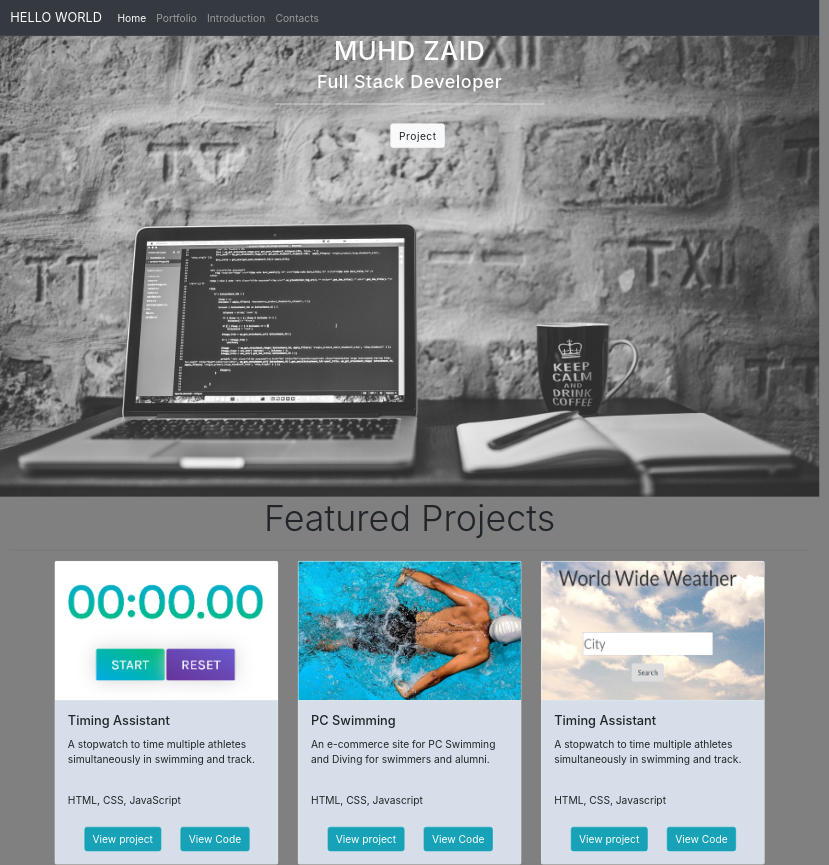
Repository: Code-Institute-Submissions/Zaidcoll-Project1
Page: index.html
The author's editor kept a record of every edit. The page is drawn from the files as they stood at one moment, then again after the next edit.
The browser window is 1280 px wide. The page is 1295 px wide, so the pictures cover 1295 px, including what lies to the right of the window. The pictures show the whole page, at 64% of full size.

Above is the page before.

### index.html
<!doctype html>
<html lang="en">
  <head>
    <meta charset="utf-8">
    <meta name="viewport" content="width=device-width, initial-scale=1, shrink-to-fit=no">
    <link rel="stylesheet" href="https://stackpath.bootstrapcdn.com/bootstrap/4.3.1/css/bootstrap.min.css" integrity="sha384-ggOyR0iXCbMQv3Xipma34MD+dH/1fQ784/j6cY/iJTQUOhcWr7x9JvoRxT2MZw1T" crossorigin="anonymous">
    <link rel="stylesheet" href='style.css'>
    <title>Resume</title>
  </head>
  <body>
    <nav class="navbar navbar-expand-lg navbar-dark bg-dark">
		<a class="navbar-brand" href="#">HELLO WORLD</a>
      <button class="navbar-toggler" type="button" data-toggle="collapse" data-target="#navbarSupportedContent" aria-controls="navbarSupportedContent" aria-expanded="false" aria-label="Toggle navigation">
        <span class="navbar-toggler-icon"></span>
      </button>

    <div class="collapse navbar-collapse" id="navbarSupportedContent">
      <ul class="navbar-nav mr-auto">
        <li class="nav-item active">
          <a class="nav-link" href="#">Home <span class="sr-only">(current)</span></a>
          <li> <a class="nav-link" href="#">Portfolio</a></li>
          <li>  <a class="nav-link" href="#">Introduction</a></li>
          <li>  <a class="nav-link" href="#">Contacts</a></li>
        </li>
      </ul>
    </div>
  </nav>

  <div class ='container-fullwidth'>
  <a name = 'home'>
    <div class = 'hero'>
      <div class = hero-text >
        <div class = 'row'>
          <div class = 'col-12'>
            <h1>MUHD ZAID </h1>
            <h3>Full Stack Developer</h3>
            <hr id = 'hr-1'>
            <a href="#portfolio" class="btn btn-light">Project</a>
          </div>
        </div>
    </div>
  </div>

  <div class = 'container-fluid'>
    <div class = 'row text-center'>
      <div class = 'col-12'>
        <a name = 'portfolio'>
        <h1 class = 'display-4 title-style'>Featured Projects </h1>
        <hr>
      </div>
    </div>
  </div>

  <div class = 'container'>
    <div class = 'row align-text'>
      <div class = 'col-md-4'>
        <div class = 'card'>
          <a href='#' target='_blank'>
            <img class="card-img-top" src="images/image-1.PNG" alt="Timewatch">
          </a>
          <div class="card-body">
            <h5 class="card-title">Timing Assistant</h5>
            <p class="card-text">A stopwatch to time multiple athletes simultaneously in swimming and track.</p> </br> <p class = 'card-style'>HTML, CSS, JavaScript</p>
            <a href="#" class="btn btn-info" target='_blank'>View project</a>
            <a href="#" class="btn btn-info" target='_blank'>View Code</a>
          </div>
        </div>
      </div>

      <div class = 'col-md-4'>
        <div class = 'card card-2'>
          <a href ='#'target='_blank'>
          <img class="card-img-top" src="images/image-2.jpg" alt="Swimmer">
          </a>
          <div class="card-body">
            <h5 class="card-title">PC Swimming</h5>
            <p class="card-text">An e-commerce site for PC Swimming and Diving for swimmers and alumni.</p> </br> <p class = 'card-style'>HTML, CSS, Javascript</p>
            <a href="#" class="btn btn-info"target='_blank'>View project</a>
            <a href="#" class="btn btn-info"target='_blank'>View Code</a>
          </div>
        </div>
      </div>

      <div class = 'col-md-4'>
        <div class = 'card card-3'>
        <a href =#target='_blank'>
          <img class="card-img-top" src="images/image-3.PNG" alt="Weather">
        </a>
          <div class="card-body">
            <h5 class="card-title">Timing Assistant</h5>
            <p class="card-text">A stopwatch to time multiple athletes simultaneously in swimming and track.</p> </br> <p class = 'card-style'>HTML, CSS, Javascript</p>
            <a href="#" class="btn btn-info" target='_blank'>View project</a>
            <a href="#" class="btn btn-info" target='_blank'>View Code</a>
          </div>
        </div>
      </div>
    </div>
  </div>


    <script src="https://code.jquery.com/jquery-3.3.1.slim.min.js" integrity="sha384-q8i/X+965DzO0rT7abK41JStQIAqVgRVzpbzo5smXKp4YfRvH+8abtTE1Pi6jizo" crossorigin="anonymous"></script>
    <script src="https://cdnjs.cloudflare.com/ajax/libs/popper.js/1.14.7/umd/popper.min.js" integrity="sha384-UO2eT0CpHqdSJQ6hJty5KVphtPhzWj9WO1clHTMGa3JDZwrnQq4sF86dIHNDz0W1" crossorigin="anonymous"></script>
    <script src="https://stackpath.bootstrapcdn.com/bootstrap/4.3.1/js/bootstrap.min.js" integrity="sha384-JjSmVgyd0p3pXB1rRibZUAYoIIy6OrQ6VrjIEaFf/nJGzIxFDsf4x0xIM+B07jRM" crossorigin="anonymous"></script>
  </body>
</html>

### style.css
body{
    background-color:grey;
}

.hero{
  color:rgb(255, 255, 255);
  background-image:url(images/hero-image.jpg);
  height:100vh;
  background-size:cover;
  padding-bottom:10vh;
}

.hero-text{
  letter-spacing:0.8px;
  font-size:150%;
  text-align: center;
}
#hr-1{
  background:white;
  width:420px;
}

.hero-2{
  margin-top:10px;
  color:white;
  background-image:url(images/about.jpg);
  height:100vh;
  background-size:cover;
  padding-top:5vh;
}

#about-me{
width: 19rem;
margin-left:8px;
color:black;
background:rgba(173, 5, 5, 0.1);
}
#skills{
width:19rem;
height:12rem;
margin-top:10px;
margin-left:8px;
color:black;
background:rgba(173, 5, 5, 0.1);
}

.btn{
  margin-top: 2vh;
  margin-left: 2vw;
}

.card-body{
  background-color:rgba(204, 216, 228, 0.801);
}

After the next edit:
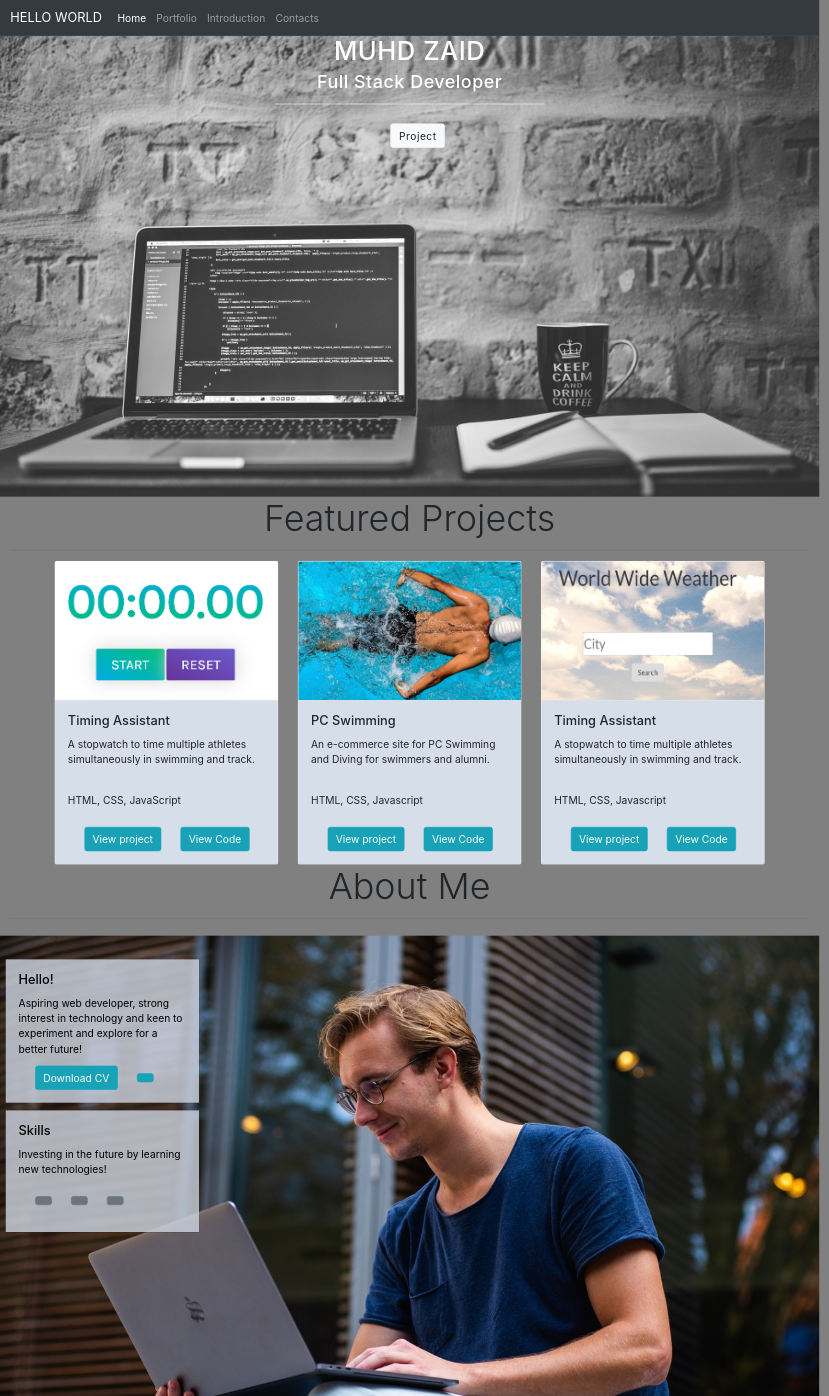
The edit:
--- a/index.html
+++ b/index.html
@@ -97,6 +97,45 @@
     </div>
   </div>
 
+   <div class = 'container-fluid'>
+    <div class = 'row text-center'>
+      <div class = 'col-12'>
+        <a name='about'>
+        <h1 class = 'display-4 title-style about'>About Me</h1>
+        <hr>
+      </div>
+    </div>
+  </div>
+
+   <div class = 'container-fullwidth'>
+    <div class = 'hero-2'>
+      <div class="card"id ='about-me'>
+          <div class="card-body">
+            <h5 class="card-title">Hello!</h5>
+            <p class="card-text">Aspiring web developer, strong interest in technology and keen to experiment and explore for a better future!</p>
+              <a href="https://www.pdfhost.net/index.php?Action=DownloadFile&id=930bccb3a2eb86f6e923270a78e95043" class="btn btn-info">Download CV</a>
+              <a class="btn btn-info" href="https://github.com/Zaidcoll/test-1" target='_blank'data-placement="bottom" title="Github"><i class="fab fa-github fa-2x "></i></a>
+          </div>
+      </div>
+      <div class = 'card' id = 'skills'>
+        <div class = 'card-body'>
+          <h5 class="card-title">Skills</h5>
+            <p class="card-text">Investing in the future by learning new technologies!</p>
+            <button type="button" class="btn btn-secondary" data-toggle="tooltip" data-placement="bottom" title="JavaScript"><i class="fab fa-js-square fa-2x "></i>
+            </button>
+
+            <button type="button" class="btn btn-secondary" data-toggle="tooltip" data-placement="bottom" title="CSS"><i class="fab fa-css3-alt fa-2x "></i>
+            </button>
+
+            <button type="button" class="btn btn-secondary" data-toggle="tooltip" data-placement="bottom" title="HTML"><i class="fab fa-html5 fa-2x "></i>
+            </button>
+
+          </div>
+        </div>
+      </div>
+    </div>
+  </div>
+
 
     <script src="https://code.jquery.com/jquery-3.3.1.slim.min.js" integrity="sha384-q8i/X+965DzO0rT7abK41JStQIAqVgRVzpbzo5smXKp4YfRvH+8abtTE1Pi6jizo" crossorigin="anonymous"></script>
     <script src="https://cdnjs.cloudflare.com/ajax/libs/popper.js/1.14.7/umd/popper.min.js" integrity="sha384-UO2eT0CpHqdSJQ6hJty5KVphtPhzWj9WO1clHTMGa3JDZwrnQq4sF86dIHNDz0W1" crossorigin="anonymous"></script>
